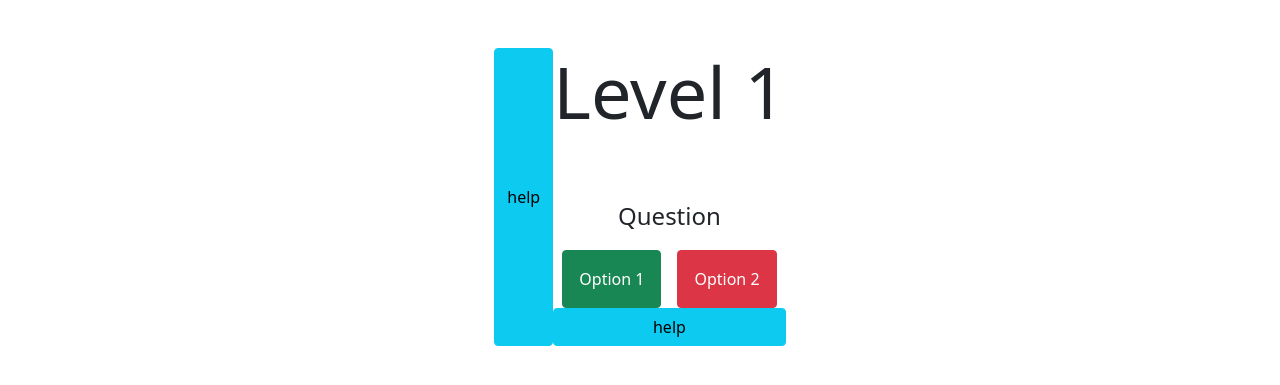
Repository: sreeramkongeseri/QuestionGame
Page: public/level1.html
An editor plug-in stored every save of this project. The page is shown before and after the next save, followed by the edit.
The browser window is 1280 px wide. The pictures show the whole page.
The page's requests for data from a server got no answer.

Above is the page before, as saved 2021-07-20 18:03:45.

After the next save:
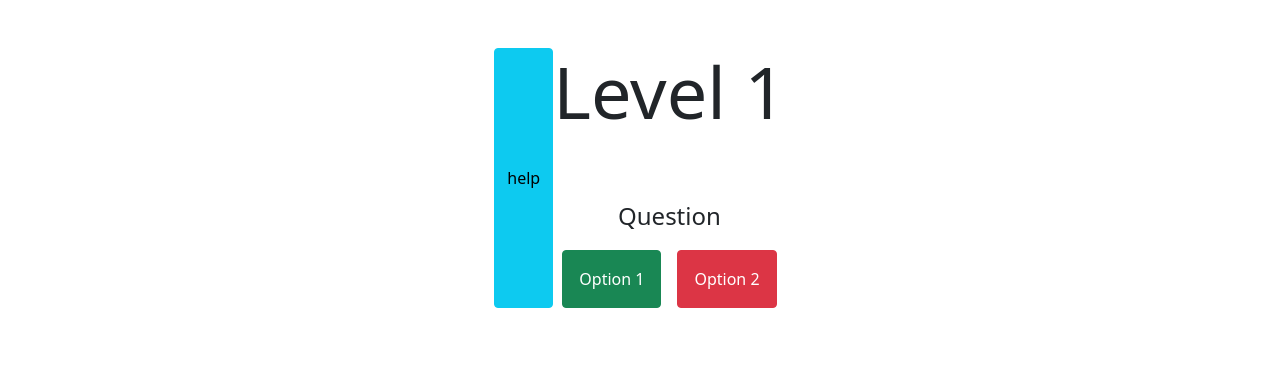
Saved 21 s later.
--- a/public/level1.html
+++ b/public/level1.html
@@ -68,25 +68,6 @@
 
             <a id='next' href='level2.html' role='button' class='btn btn-primary align-self-center d-none' width=50px>continue</a>
 
-            <!-- Button trigger modal -->
-        <button type="button" class="btn btn-info" data-toggle="modal" data-target="#exampleModal">
-            help
-        </button>
-
-            <div class="modal fade" id="exampleModal"  role="dialog" aria-hidden="true">
-                <div class="modal-dialog" role="document">
-                  <div class="modal-content">
-                    <div class="modal-header">
-                      <h5 class="modal-title" id="exampleModalLabel">Help</h5>
-                      <button type="button" class="close" data-dismiss="modal" aria-label="Close">
-                        <span aria-hidden="true">&times;</span>
-                      </button>
-                    </div>
-                    <div class="modal-body">
-                      Here's the help text.
-                    </div>
-                  </div>
-                </div>
 
         </div>
 
